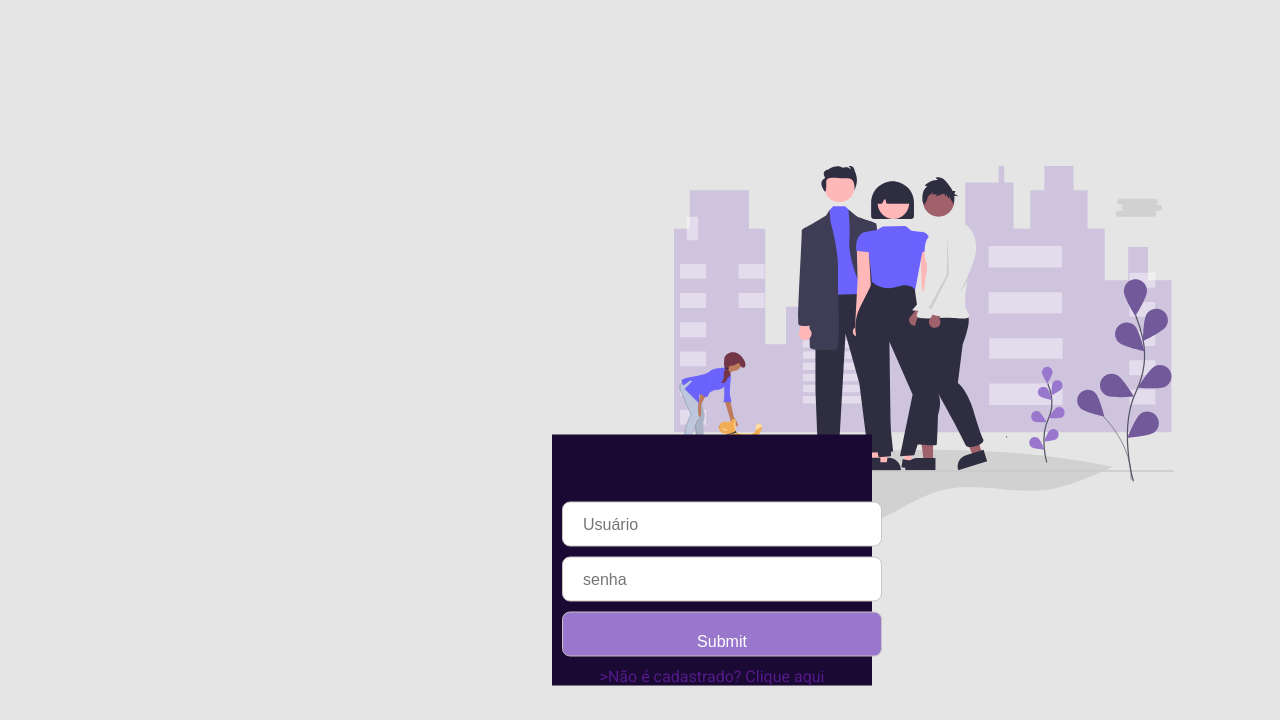
Repository: Dirlandia404/Casos
Page: src/pages/login.html
An editor plug-in stored every save of this project. The page is shown before and after the next save, followed by the edit.
The browser window is 1280 px wide. The pictures show the whole page.

Above is the page before, as saved 2021-07-14 09:47:37.

After the next save:
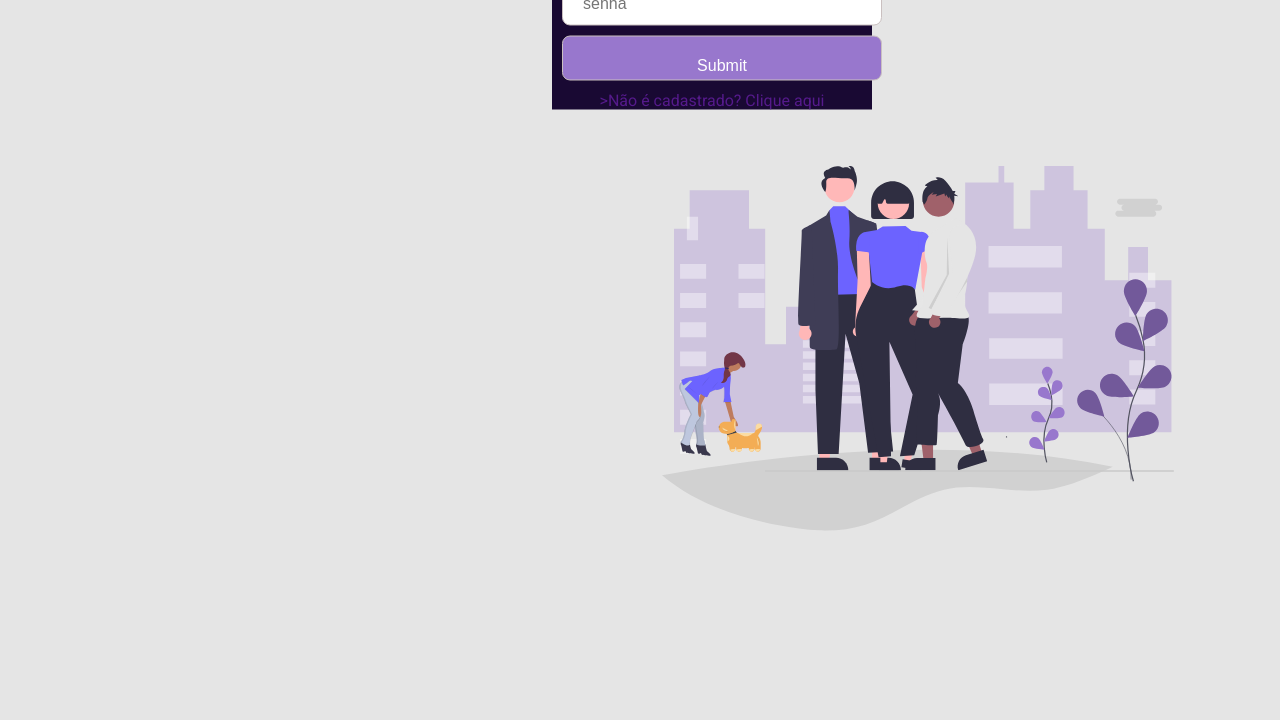
Saved 6 s later.
--- a/src/style/login.css
+++ b/src/style/login.css
@@ -23,7 +23,7 @@ img{
     margin: 200px 200px;
     position: absolute;
     left: 40%;
-    top: 50%;
+    top: -30%;
     transform: translate(-50%, -50%);
     background-color: #190933;
 
